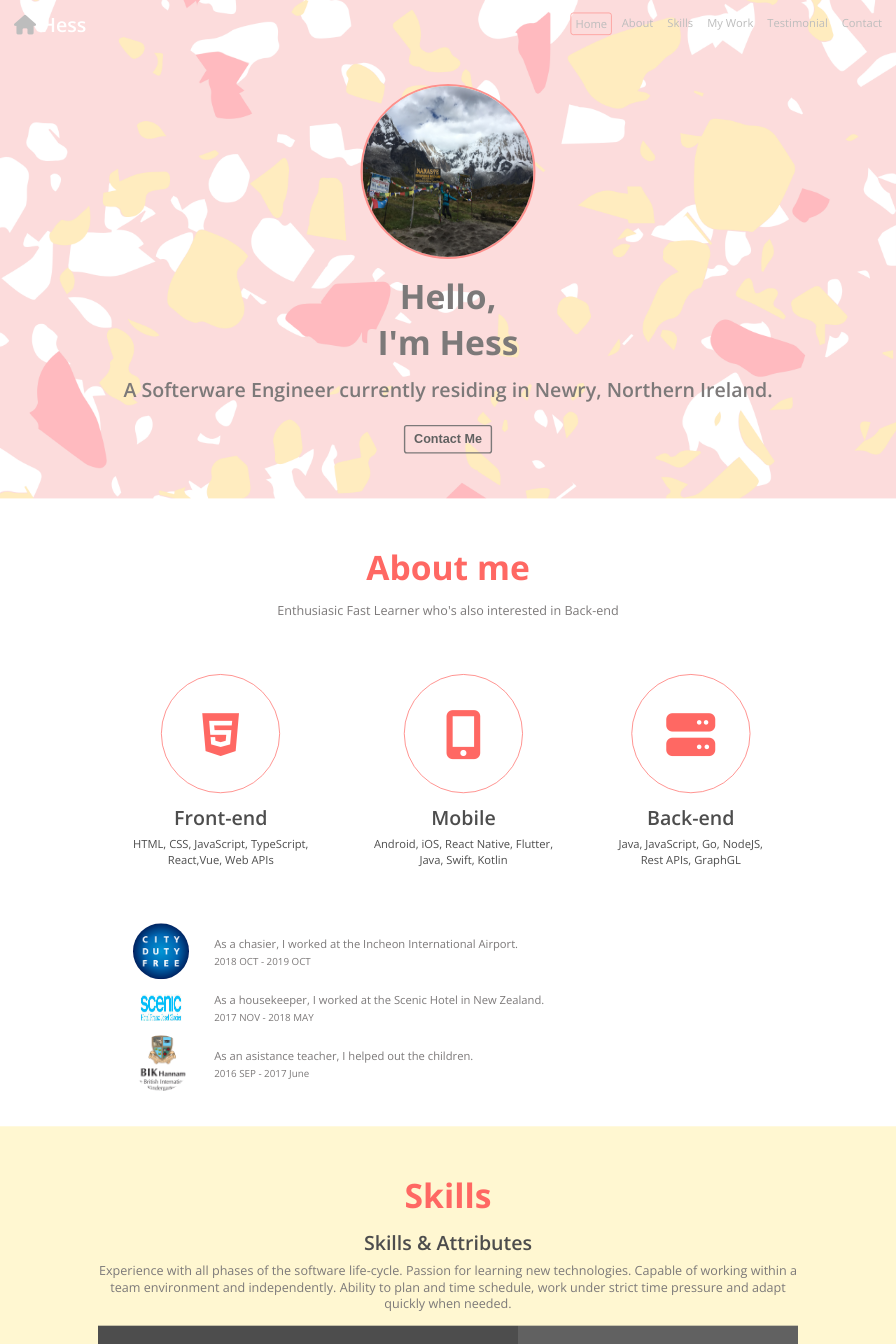
Repository: hesshess/Portfolio
Page: index.html
An editor plug-in stored every save of this project. The page is shown before and after the next save, followed by the edit.
The browser window is 1280 px wide. The pictures show the part of the page from y = 0 to 1920 px (the page is 4414 px tall before and 4152 px after), at 70% of full size.
Some web libraries are served in a nearby version.

Above is the page before, as saved 2022-10-18 14:16:37.

### index.html
<!DOCTYPE html>
<html lang="en">
  <head>
    <meta charset="UTF-8" />
    <meta name="viewport" content="width=device-width, initial-scale=1.0" />
    <title>Hess's Portfolio</title>
    <meta
      name="description"
      content="Portfolio for world-renowed software engineer Hess"
    />
    <meta name="author" content="Hess" />
    <link rel="icon" type="image/png" href="imgs/favicon.png" />
    <script
      src="https://kit.fontawesome.com/1af2041847.js"
      crossorigin="anonymous"
    ></script>
    <link
      href="https://fonts.googleapis.com/css2?family=Amatic+SC:wght@400;700&family=Open+Sans:wght@400;600;700&display=swap"
      rel="stylesheet"
    />
    <link rel="stylesheet" href="style.css" />
    <script src="main.js" defer></script>
  </head>
  <body>
    <!-- Navbar -->
    <nav id="navbar">
      <div class="navbar__logo">
        <i class="fas fa-home"></i>
        <a href="#">Hess</a>
      </div>
      <div class="navbar__menu">
        <ul class="navbar__menu">
          <li class="navbar__menu__item active" data-link="#home">Home</li>
          <li class="navbar__menu__item" data-link="#about">About</li>
          <li class="navbar__menu__item" data-link="#skills">Skills</li>
          <li class="navbar__menu__item" data-link="#work">My Work</li>
          <li class="navbar__menu__item" data-link="#testimonials">
            Testimonial
          </li>
          <li class="navbar__menu__item" data-link="#contact">Contact</li>
        </ul>
      </div>
      <!-- Toggle button -->
      <button class="navbar__toggle-btn">
        <i class="fas fa-bars"></i>
      </button>
    </nav>
    <!-- Home -->
    <section id="home">
      <div class="home__container">
        <img
          src="imgs/profile.JPG"
          alt="Hess's profile Photo"
          class="home__avatar"
        />

        <h1 class="home__title">Hello, <br />I'm Hess</h1>
        <h2 class="home__description">
          A Softerware Engineer currently residing in Newry, Northern Ireland.
        </h2>
        <button class="home__contact" data-link="#contact">Contact Me</button>
      </div>
    </section>

    <!-- About -->

    <section id="about" class="section section__container">
      <h1>About me</h1>
      <p>Enthusiasic Fast Learner who's also interested in Back-end</p>
      <div class="about__majors">
        <div class="major">
          <div class="major__icon">
            <i class="fab fa-html5"></i>
          </div>
          <h2 class="major__title">Front-end</h2>
          <div class="major__description">
            HTML, CSS, JavaScript, TypeScript,<br />React,Vue, Web APIs
          </div>
        </div>
        <div class="major">
          <div class="major__icon">
            <i class="fas fa-mobile-alt"></i>
          </div>
          <h2 class="major__title">Mobile</h2>
          <div class="major__description">
            Android, iOS, React Native, Flutter,<br />Java, Swift, Kotlin
          </div>
        </div>
        <div class="major">
          <div class="major__icon">
            <i class="fas fa-server"></i>
          </div>
          <h2 class="major__title">Back-end</h2>
          <div class="major__description">
            Java, JavaScript, Go, NodeJS,<br />Rest APIs, GraphGL
          </div>
        </div>
      </div>
      <div class="about__jobs">
        <div class="job">
          <img
            src="imgs/jobs/city.png"
            alt="City Cuty Free"
            class="job__logo"
          />
          <div class="job__description">
            <p class="job__name">
              As a chasier, I worked at the Incheon International Airport.
            </p>
            <p class="job__period">2018 OCT - 2019 OCT</p>
          </div>
        </div>
        <div class="job">
          <img
            src="imgs/jobs/scenic.jpeg"
            alt="Scenic Hotel"
            class="job__logo"
          />
          <div class="job__description">
            <p class="job__name">
              As a housekeeper, I worked at the Scenic Hotel in New Zealand.
            </p>
            <p class="job__period">2017 NOV - 2018 MAY</p>
          </div>
        </div>
        <div class="job">
          <img
            src="imgs/jobs/bik.png"
            alt="BIK Kindergarten"
            class="job__logo"
          />
          <div class="job__description">
            <p class="job__name">
              As an asistance teacher, I helped out the children.
            </p>
            <p class="job__period">2016 SEP - 2017 June</p>
          </div>
        </div>
      </div>
    </section>

    <!-- Skills -->
    <section id="skills" class="section">
      <div class="section__container">
        <h1>Skills</h1>
        <h2>Skills & Attributes</h2>
        <p>
          Experience with all phases of the software life-cycle. Passion for
          learning new technologies. Capable of working within a team
          environment and independently. Ability to plan and time schedule, work
          under strict time pressure and adapt quickly when needed.
        </p>
        <div class="skillset">
          <div class="skillset__left">
            <h3 class="skillset__title">Skills</h3>
            <div class="skill">
              <div class="skill__description">
                <span>HTML</span>
                <span>99%</span>
              </div>
              <div class="skill__bar">
                <div class="skill__value" style="width: 99%"></div>
              </div>
            </div>
            <div class="skill">
              <div class="skill__description">
                <span>CSS</span>
                <span>89%</span>
              </div>
              <div class="skill__bar">
                <div class="skill__value" style="width: 89%"></div>
              </div>
            </div>
            <div class="skill">
              <div class="skill__description">
                <span>JavaScript</span>
                <span>79%</span>
              </div>
              <div class="skill__bar">
                <div class="skill__value" style="width: 79%"></div>
              </div>
            </div>
            <div class="skill">
              <div class="skill__description">
                <span>TypeScript</span>
                <span>69%</span>
              </div>
              <div class="skill__bar">
                <div class="skill__value" style="width: 69%"></div>
              </div>
            </div>
            <div class="skill">
              <div class="skill__description">
                <span>React</span>
                <span>59%</span>
              </div>
              <div class="skill__bar">
                <div class="skill__value" style="width: 59%"></div>
              </div>
            </div>
            <div class="skill">
              <div class="skill__description">
                <span>NodeJS</span>
                <span>49%</span>
              </div>
              <div class="skill__bar">
                <div class="skill__value" style="width: 49%"></div>
              </div>
            </div>
          </div>
          <div class="skillset__right">
            <div class="tools">
              <h3 class="skillset__title">Tools</h3>
              <ul class="tools__list">
                <li><span>Visual Studio Code</span></li>
                <li><span>Adobe Premiere Pro</span></li>
                <li><span>Apple Logic</span></li>
                <li><span>Apple Finalcut Pro</span></li>
                <li><span>Cinema 4d</span></li>
              </ul>
            </div>
            <div class="etc">
              <h3 class="skillset__title">Etc</h3>
              <ul class="etc__list">
                <li><span>Git</span></li>
                <li><span>Sing</span></li>
                <li><span>Dance</span></li>
              </ul>
            </div>
          </div>
        </div>
      </div>
    </section>
    <!-- Work -->
    <section id="work" class="section">
      <div class="section__container">
        <h1>My work</h1>
        <h3>Projects</h3>
        <div class="work__categories">
          <button class="category__btn active" data-filter="*">
            All<span class="category__count">8</span>
          </button>
          <button class="category__btn" data-filter="front-end">
            Front-end<span class="category__count">3</span>
          </button>
          <button class="category__btn" data-filter="back-end">
            Back-end<span class="category__count">3</span>
          </button>
          <button class="category__btn" data-filter="mobile">
            Mobile<span class="category__count">2</span>
          </button>
        </div>

        <div class="work__projects">
          <a
            href="깃허브링크"
            class="project"
            target="blank"
            data-type="front-end"
          >
            <img src="imgs/projects/1.jpg" alt="Youtube" class="project__img" />
            <div class="project__description">
              <h3>Youtube Site</h3>
              <span>Clone coding with HTML and CSS</span>
            </div>
          </a>
          <a
            href="깃허브링크"
            class="project"
            target="blank"
            data-type="front-end"
          >
            <img src="imgs/projects/1.jpg" alt="Youtube" class="project__img" />
            <div class="project__description">
              <h3>Youtube Site</h3>
              <span>Clone coding with HTML and CSS</span>
            </div>
          </a>
          <a
            href="깃허브링크"
            class="project"
            target="blank"
            data-type="front-end"
          >
            <img src="imgs/projects/1.jpg" alt="Youtube" class="project__img" />
            <div class="project__description">
              <h3>Youtube Site</h3>
              <span>Clone coding with HTML and CSS</span>
            </div>
          </a>
          <a
            href="깃허브링크"
            class="project"
            target="blank"
            data-type="back-end"
          >
            <img src="imgs/projects/2.jpg" alt="Youtube" class="project__img" />
            <div class="project__description">
              <h3>Youtube Site</h3>
              <span>Clone coding with HTML and CSS</span>
            </div>
          </a>
          <a
            href="깃허브링크"
            class="project"
            target="blank"
            data-type="back-end"
          >
            <img src="imgs/projects/2.jpg" alt="Youtube" class="project__img" />
            <div class="project__description">
              <h3>Youtube Site</h3>
              <span>Clone coding with HTML and CSS</span>
            </div>
          </a>
          <a
            href="깃허브링크"
            class="project"
            target="blank"
            data-type="back-end"
          >
            <img src="imgs/projects/2.jpg" alt="Youtube" class="project__img" />
            <div class="project__description">
              <h3>Youtube Site</h3>
              <span>Clone coding with HTML and CSS</span>
            </div>
          </a>
          <a
            href="깃허브링크"
            class="project"
            target="blank"
            data-type="mobile"
          >
            <img src="imgs/projects/3.jpg" alt="Youtube" class="project__img" />
            <div class="project__description">
              <h3>Youtube Site</h3>
              <span>Clone coding with HTML and CSS</span>
            </div>
          </a>
          <a
            href="깃허브링크"
            class="project"
            target="blank"
            data-type="mobile"
          >
            <img src="imgs/projects/3.jpg" alt="Youtube" class="project__img" />
            <div class="project__description">
              <h3>Youtube Site</h3>
              <span>Clone coding with HTML and CSS</span>
            </div>
          </a>
        </div>
      </div>
    </section>
    <!-- Testimonials -->
    <section id="testimonials" class="section">
      <div class="section__container">
        <h1>Coding challenges</h1>
        <h3>Look what I'vd learned!</h3>
        <div class="testimonials">
          <div class="testimonial">
            <img
              src="imgs/testimonial/certificate1.jpg"
              class="testimonial__avatar"
            />
            <div class="testimonial__description">
              <h3>이젠 - 풀스택 웹개발자 6개월 과정</h3>
              <span>HTML, CSS, Javascript, React, Node, MySQL</span>
            </div>
          </div>

          <div class="testimonial">
            <img
              src="imgs/testimonial/nomad1.jpg"
              class="testimonial__avatar"
            />
            <div class="testimonial__description">
              <h3>노마드코드 - 카카오 클론 2주 챌린지</h3>
              <span>HTML5, CSS3, Flexbox, Github</span>
          </div>
          </div>
          <div class="testimonial">
            <img
              src="imgs/testimonial/nomad2.jpg"
              class="testimonial__avatar"
            />
            <div class="testimonial__description">
              <h3>노마드코드 - 바닐라 JS 2주 챌린지</h3>
              <span>HTML5, CSS3, VanillaJS</span>
          </div></div>
          <div class="testimonial">
            <img
              src="imgs/testimonial/nomad3.jpg"
              class="testimonial__avatar"
            />
            <div class="testimonial__description">
              <h3>노마드코드 - CSS LAYOUT 2주 챌린지</h3>
              <span>Flexbox, Grid, Scss</span>
          </div>
        </div>
      </div>
    </section>
    <!-- Contact -->
    <section id="contact" class="section">
      <h1 class="contact__title">Let's talk</h1>
      <h2>
        <a href="mailto:hess90wang@gmail.com" class="contact__email"
          >hess90wang@gmail.com</a
        >
      </h2>
      <div class="contact__links">
        <a href="https://github.com/hesshess" target="_blank">
          <i class="fab fa-github"></i>
        </a>
        <a
          href="https://www.linkedin.com/in/hess-wang-294197254/"
          target="_blank"
        >
          <i class="fa fa-linkedin-square"></i
        ></a>
      </div>
      <p class="contact__rights">2020 HESS Cottage - All rights reserved</p>
    </section>

    <!-- Arrow up -->
    <button class="arrow-up">
      <i class="fas fa-arrow-up"></i>
    </button>
  </body>
</html>

Loaded but not shown: main.js (81 lines, source omitted); style.css (608 lines, source omitted)

After the next save:
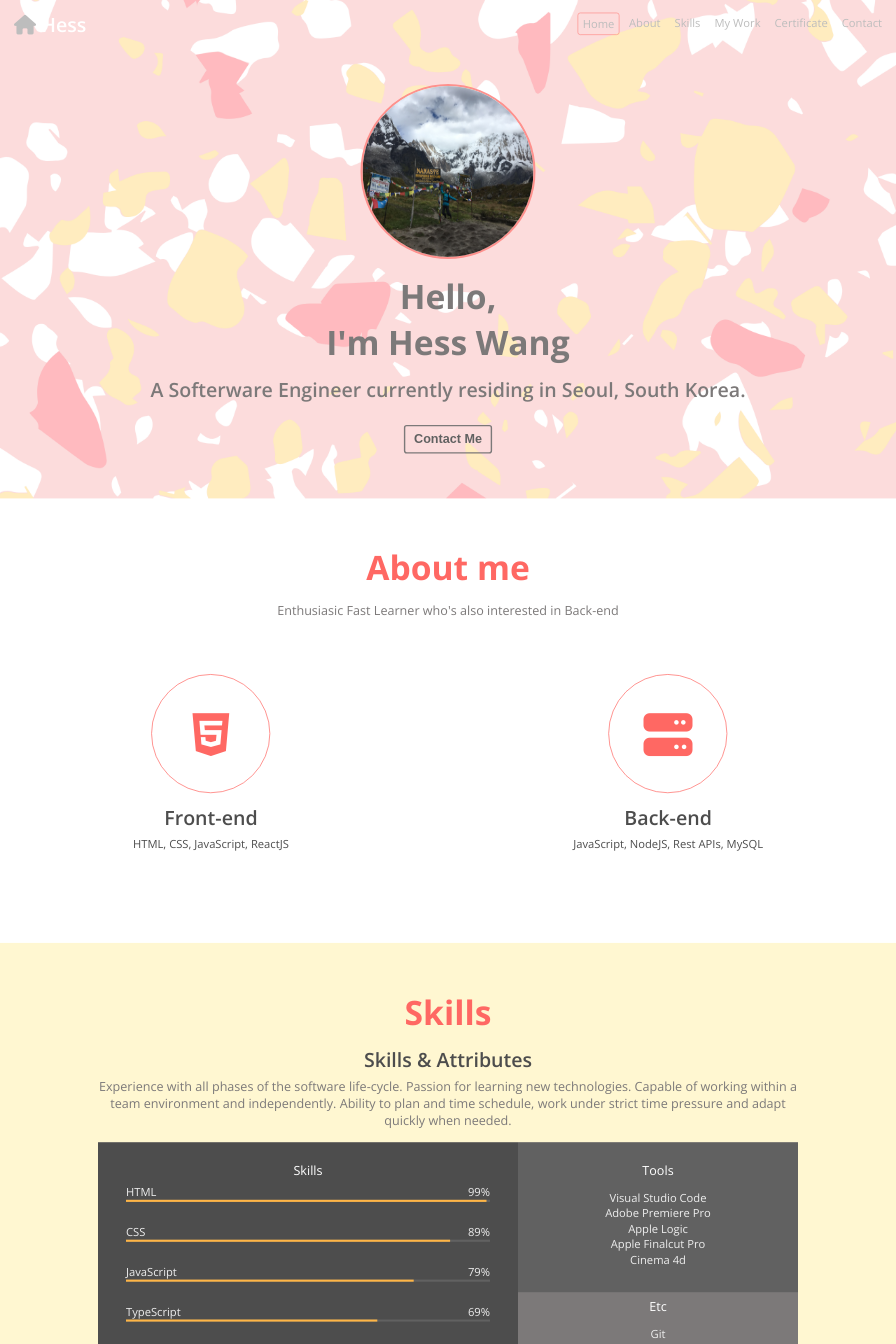
Saved 53 min 47 s later.
--- a/index.html
+++ b/index.html
@@ -35,7 +35,7 @@
           <li class="navbar__menu__item" data-link="#skills">Skills</li>
           <li class="navbar__menu__item" data-link="#work">My Work</li>
           <li class="navbar__menu__item" data-link="#testimonials">
-            Testimonial
+            Certificate
           </li>
           <li class="navbar__menu__item" data-link="#contact">Contact</li>
         </ul>
@@ -54,9 +54,9 @@
           class="home__avatar"
         />
 
-        <h1 class="home__title">Hello, <br />I'm Hess</h1>
+        <h1 class="home__title">Hello, <br />I'm Hess Wang</h1>
         <h2 class="home__description">
-          A Softerware Engineer currently residing in Newry, Northern Ireland.
+          A Softerware Engineer currently residing in Seoul, South Korea.
         </h2>
         <button class="home__contact" data-link="#contact">Contact Me</button>
       </div>
@@ -74,16 +74,7 @@
           </div>
           <h2 class="major__title">Front-end</h2>
           <div class="major__description">
-            HTML, CSS, JavaScript, TypeScript,<br />React,Vue, Web APIs
-          </div>
-        </div>
-        <div class="major">
-          <div class="major__icon">
-            <i class="fas fa-mobile-alt"></i>
-          </div>
-          <h2 class="major__title">Mobile</h2>
-          <div class="major__description">
-            Android, iOS, React Native, Flutter,<br />Java, Swift, Kotlin
+            HTML, CSS, JavaScript, ReactJS
           </div>
         </div>
         <div class="major">
@@ -92,48 +83,7 @@
           </div>
           <h2 class="major__title">Back-end</h2>
           <div class="major__description">
-            Java, JavaScript, Go, NodeJS,<br />Rest APIs, GraphGL
-          </div>
-        </div>
-      </div>
-      <div class="about__jobs">
-        <div class="job">
-          <img
-            src="imgs/jobs/city.png"
-            alt="City Cuty Free"
-            class="job__logo"
-          />
-          <div class="job__description">
-            <p class="job__name">
-              As a chasier, I worked at the Incheon International Airport.
-            </p>
-            <p class="job__period">2018 OCT - 2019 OCT</p>
-          </div>
-        </div>
-        <div class="job">
-          <img
-            src="imgs/jobs/scenic.jpeg"
-            alt="Scenic Hotel"
-            class="job__logo"
-          />
-          <div class="job__description">
-            <p class="job__name">
-              As a housekeeper, I worked at the Scenic Hotel in New Zealand.
-            </p>
-            <p class="job__period">2017 NOV - 2018 MAY</p>
-          </div>
-        </div>
-        <div class="job">
-          <img
-            src="imgs/jobs/bik.png"
-            alt="BIK Kindergarten"
-            class="job__logo"
-          />
-          <div class="job__description">
-            <p class="job__name">
-              As an asistance teacher, I helped out the children.
-            </p>
-            <p class="job__period">2016 SEP - 2017 June</p>
+            JavaScript, NodeJS, Rest APIs, MySQL
           </div>
         </div>
       </div>
